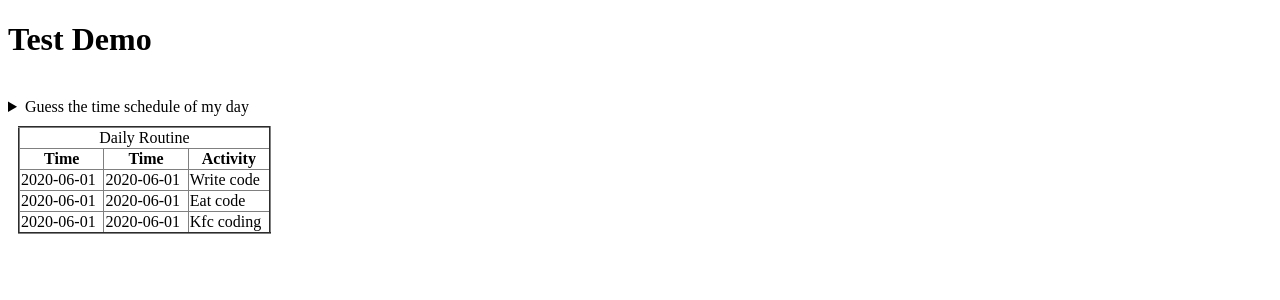
Repository: cavidk/taco_shop-web
Page: html basics/index.html
These files come from the project's save history. The page is drawn as it stood at one moment and after the next save; the edit follows.
The browser window is 1280 px wide. The pictures show the whole page.

Above is the page before, as saved 2024-06-07 16:19:25.

After the next save:
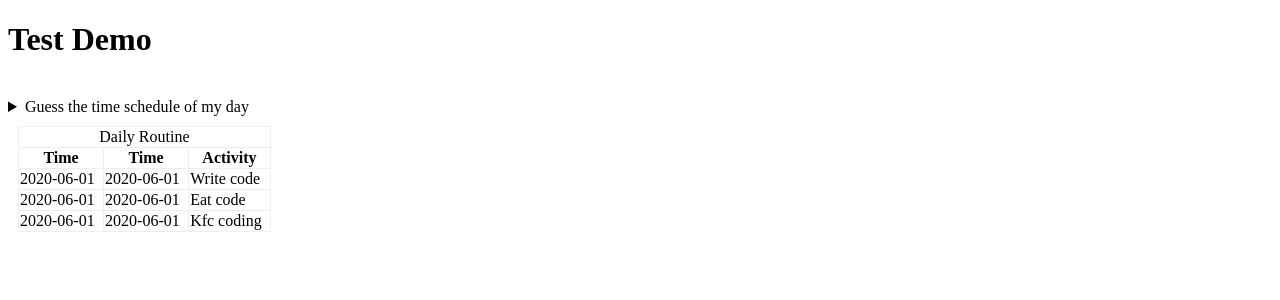
Saved 14 s later.
--- a/html basics/style.css
+++ b/html basics/style.css
@@ -4,10 +4,10 @@ table{
       margin: 10px;
       padding: 10px;;
       border-radius: 50px;
+      border: none;
 }
 
 #head1{
 
     text-align: center;
-    border:none
 }
